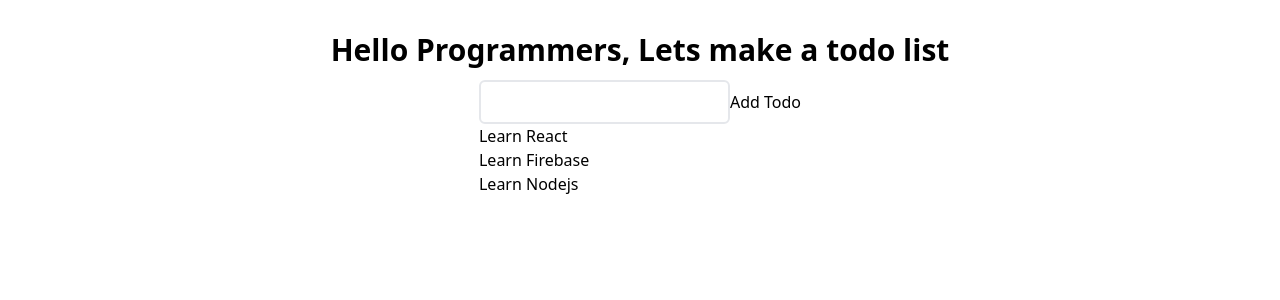
Repository: Shamraiz761/todo_list
Page: /
These files come from the project's save history. The page is drawn as it stood at one moment and after the next save; the edit follows.
The browser window is 1280 px wide. The pictures show the whole page.
The project was rebuilt for these pictures with package versions that can differ from the ones it lists, and the page was loaded fresh each time. Also part of the build but not shown: vite.config.js.

Above is the page before, as saved 2024-01-11 22:36:37.

### src/App.jsx
import { useState } from "react";

function App() {
  const [todo, setTodo] = useState([
    "Learn React",
    "Learn Firebase",
    "Learn Nodejs",
  ]);
  const [input, setInput] = useState("");
  const addTodo = (e) => {
    e.preventDefault();
    setTodo([...todo, input]);
    setInput("");
  };

  return (
    <div className="m-5 p-3 ">
      <h1 className="text-3xl font-bold  text-center">
        Hello Programmers, Lets make a todo list
      </h1>
      <div className="flex justify-center items-center my-3">
        <div>
          <form>
            <input
              type="text"
              value={input}
              className="border-2  p-2 rounded-md"
              onChange={(e) => {
                setInput(e.target.value);
              }}
            />
            <button onClick={addTodo}>Add Todo</button>
          </form>
          <ul>
            {todo.map((item, index) => {
              return <li key={index}>{item}</li>;
            })}
          </ul>
        </div>
      </div>
    </div>
  );
}

export default App;

Loaded but not shown: index.html (common file); src/main.jsx (common file); src/index.css (common file); tailwind.config.js (common file)

After the next save:
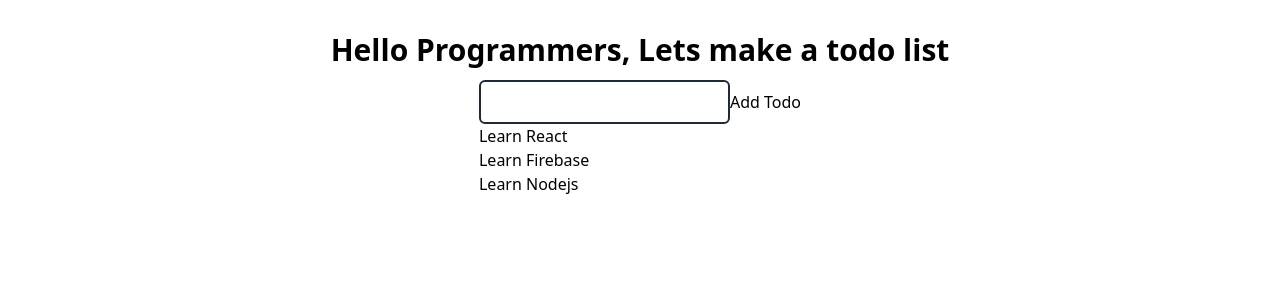
Saved 8 s later.
--- a/src/App.jsx
+++ b/src/App.jsx
@@ -24,7 +24,7 @@ function App() {
             <input
               type="text"
               value={input}
-              className="border-2  p-2 rounded-md"
+              className="border-2 border-gray-800  p-2 rounded-md"
               onChange={(e) => {
                 setInput(e.target.value);
               }}
